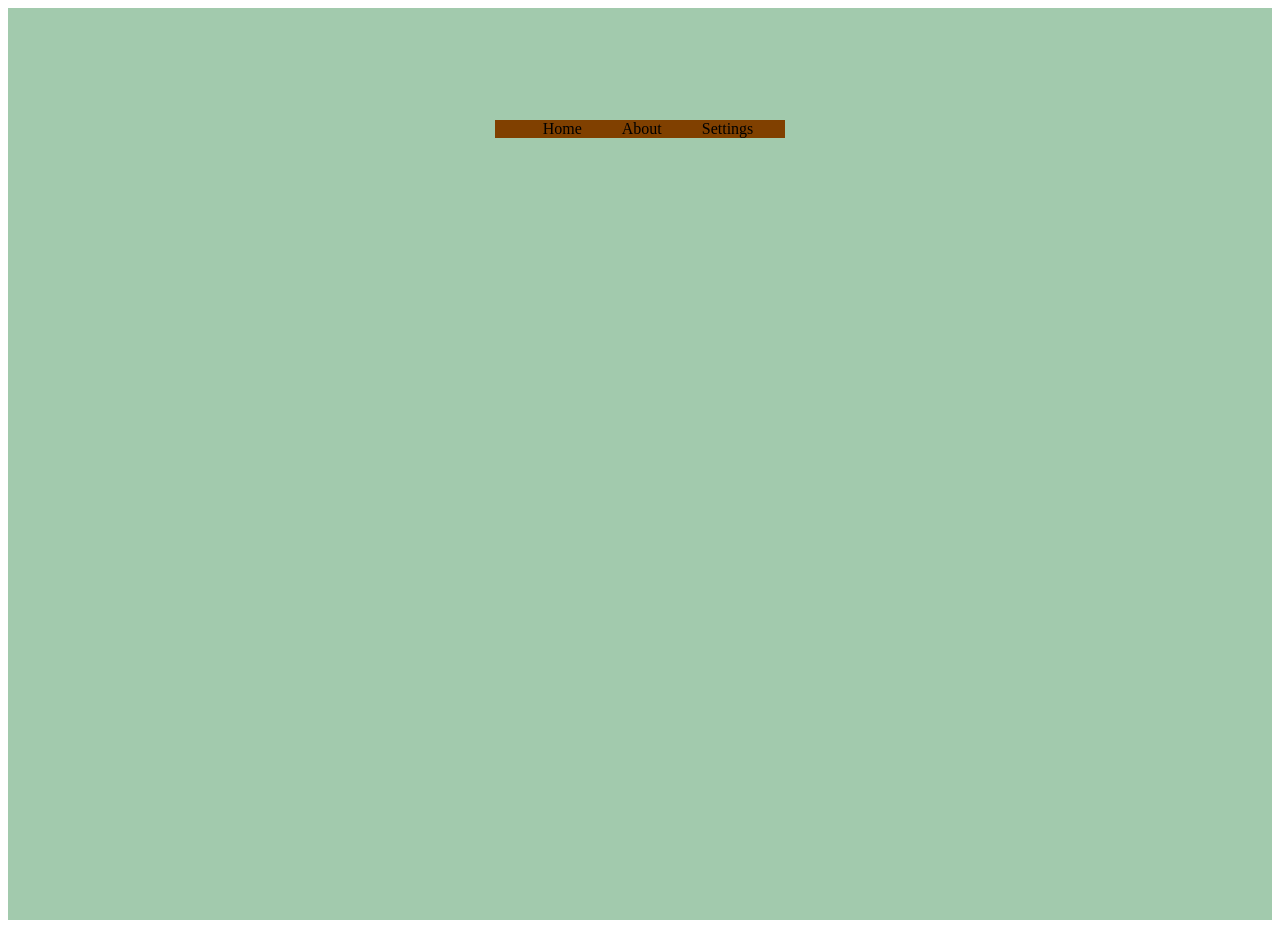
Repository: k8ANStar/Questify
Page: /
These files come from the project's save history. The page is drawn as it stood at one moment and after the next save; the edit follows.
The browser window is 1280 px wide. The pictures show the whole page.
The project was rebuilt for these pictures with package versions that can differ from the ones it lists, and the page was loaded fresh each time. The framework's server and built-in components were replaced by stand-ins that run in the browser. Also part of the build but not shown: next.config.mjs.

Above is the page before, as saved 2024-03-24 21:51:42.

### pages/index.js
import Head from "next/head";
import styles from "@/styles/Home.module.css";
import Header from "@/components/Header";


export default function Home() {
  return (
    <>
      <Head>
        <title>Create Next App</title>
        <meta name="description" content="Generated by create next app" />
        <meta name="viewport" content="width=device-width, initial-scale=1" />
        <link rel="icon" href="/favicon.ico" />
      </Head>
      <main className={`${styles.main}`}>
     <Header />

      </main>
    </>
  );
}

### styles/Home.module.css
.main {
  display: flex;
  flex-direction: column;
  justify-content: space-between;
  align-items: center;
  padding: 6rem;
  min-height: 100vh;
  background-color: rgb(162, 202, 173);
}

### components/Header/index.js
import styles from "./Header.module.css"
import Link from "next/link";
export default function Header() {
	return (
		<>
			<ul className={styles.nav}>
				<li>
					<Link href={"/"} className={styles.home}>
						Home
					</Link>
				</li>
				<li>
					<Link href={"/About"} className={styles.about}>
						About
					</Link>
				</li>
				<li>
					<Link href={"/Settings"} className={styles.settings}>
						Settings
					</Link>
				</li>
			</ul>
		</>
	);
}

### components/Header/Header.module.css
.nav {
	display: flex;
	list-style-type: none;
	text-decoration: none;
    background-color: rgb(128, 64, 0);
}

.home,
.about,
.settings {
	text-decoration: none;
	color: var(--black);
	margin-right: 2rem;
	margin-left: 0.5rem;
	white-space: nowrap;
}

Loaded but not shown: pages/_app.js (common file); pages/_document.js (common file); styles/globals.css (common file)

After the next save:
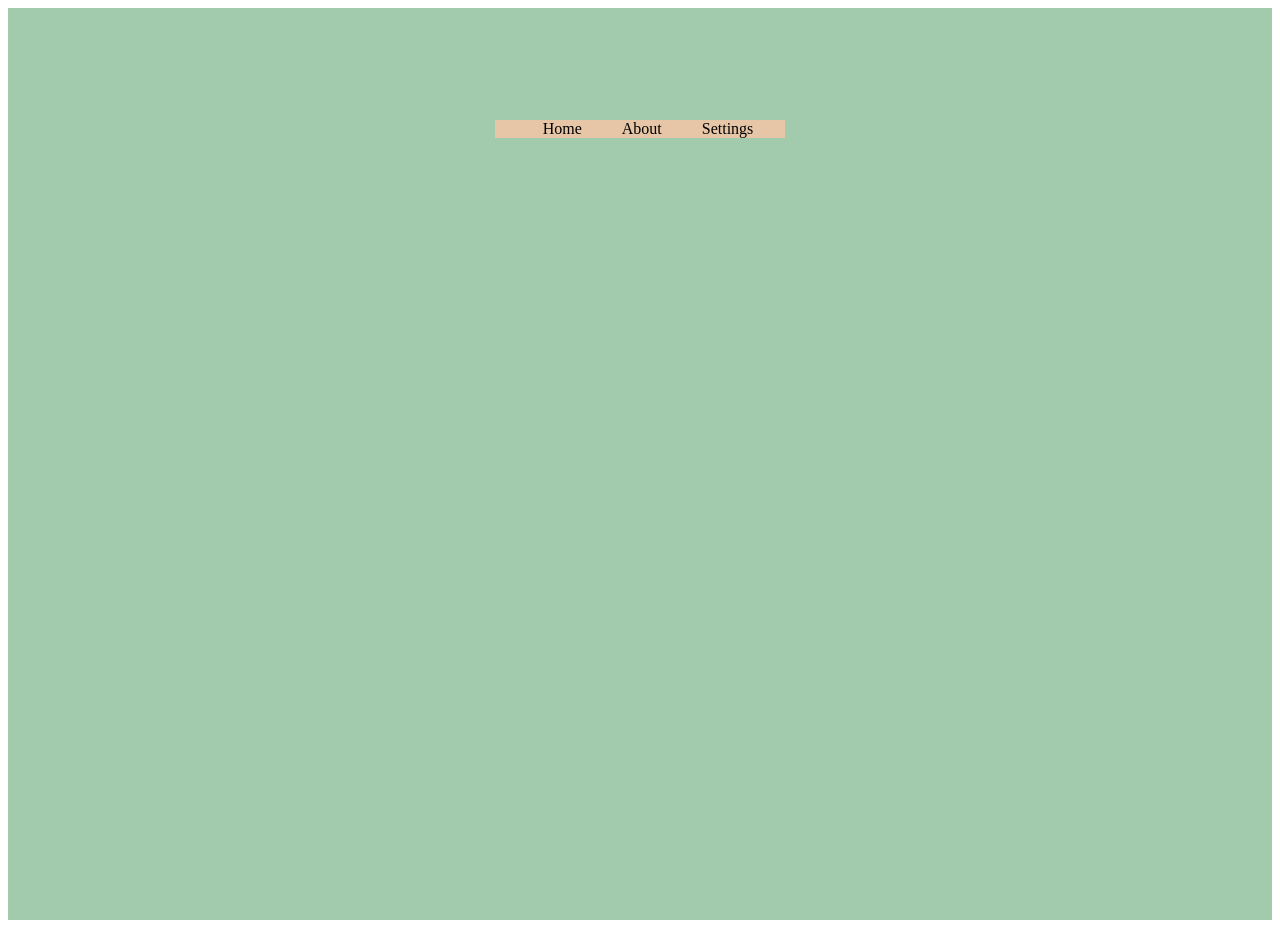
Saved 4 s later.
--- a/components/Header/Header.module.css
+++ b/components/Header/Header.module.css
@@ -2,7 +2,7 @@
 	display: flex;
 	list-style-type: none;
 	text-decoration: none;
-    background-color: rgb(128, 64, 0);
+    background-color: rgb(230, 198, 167);
 }
 
 .home,
